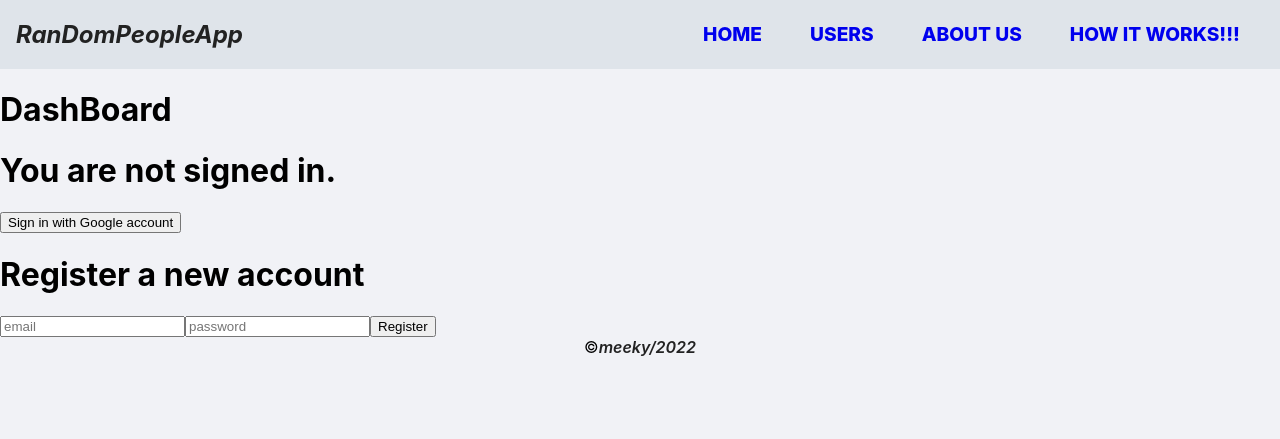
Repository: MikkyPrestige/RandomProfiles
Page: /profile
The author's editor kept a copy of each file at every save. The page is drawn from the files as they stood at one save, then again after the next save.
The browser window is 1280 px wide. The pictures show the whole page.
The project was rebuilt for these pictures with package versions that can differ from the ones it lists, and the page was loaded fresh each time. Also part of the build but not shown: src/assets/styles/home.css, src/components/home.jsx, src/assets/styles/users.css, src/components/users.jsx, src/assets/styles/search.css, src/components/search.jsx, src/assets/styles/help.css, src/components/help.jsx and 5 more.

Above is the page before, as saved 2022-11-29 19:27:04.

After the next save:
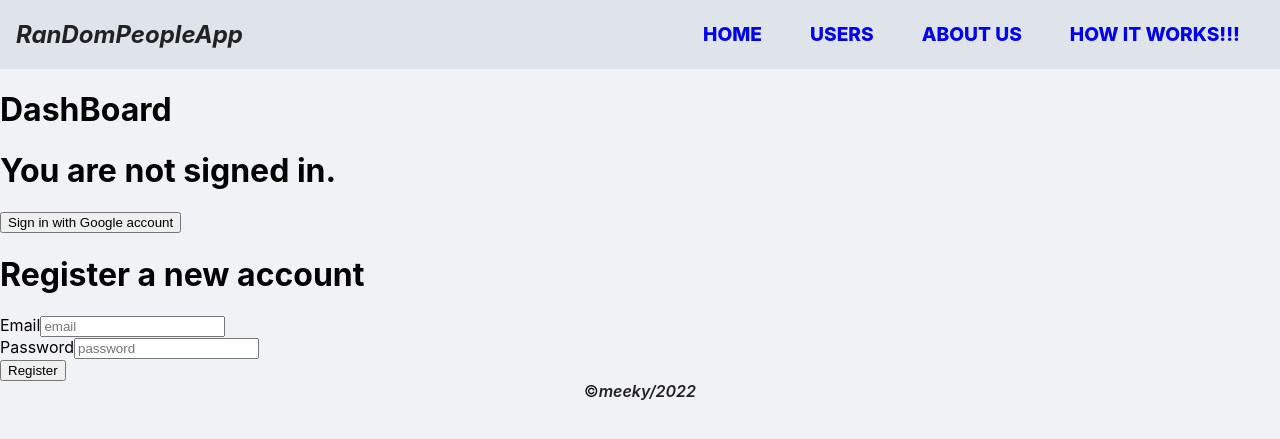
Saved 2 min 36 s later.
--- a/src/components/profile.jsx
+++ b/src/components/profile.jsx
@@ -101,6 +101,8 @@ const Profile = () => {
               </button>
               <h1>Register a new account </h1>
               <form onSubmit={handleRegister}>
+                <div className="profile__group">
+                <label htmlFor="email">Email</label>
                 <input
                   type="email"
                   name="email"
@@ -108,6 +110,9 @@ const Profile = () => {
                   value={email}
                   onChange={(e) => setEmail(e.target.value)}
                 />
+                </div>
+                <div className="profile__group">
+                <label htmlFor="password">Password</label>
                 <input
                   type="password"
                   name="password"
@@ -115,6 +120,7 @@ const Profile = () => {
                   value={password}
                   onChange={(e) => setPassword(e.target.value)}
                 />
+                </div>
                 <button type="submit" className="sign__btn">
                   Register
                 </button>
